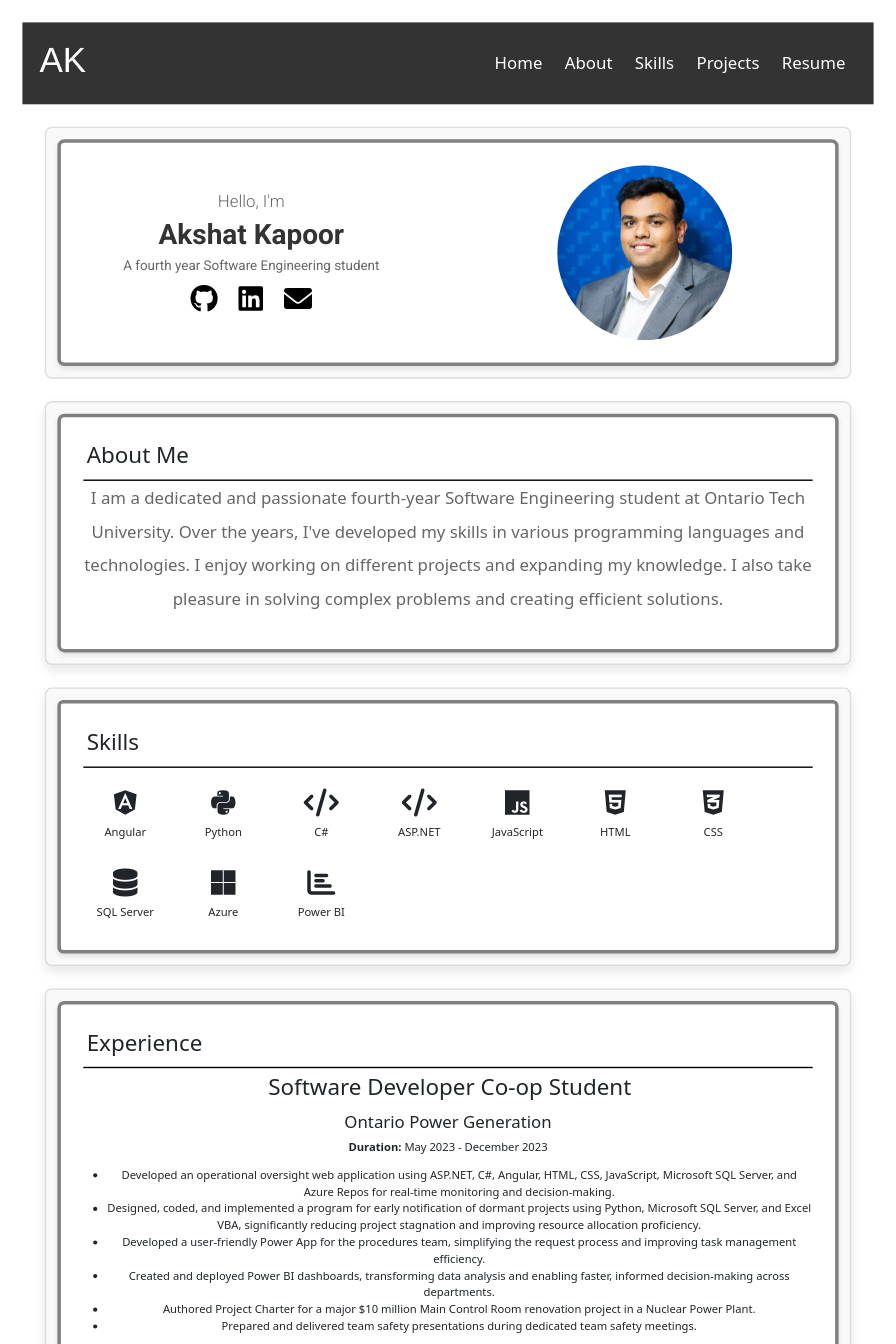
Repository: AkshatKapo/My-Portfolio
Page: /
These files come from the project's save history. The page is drawn as it stood at one moment and after a run of saves; the edit follows.
The browser window is 1280 px wide. The pictures show the part of the page from y = 0 to 1920 px (the page is 3289 px tall), at 70% of full size.
The project was rebuilt for these pictures with package versions that can differ from the ones it lists, and the page was loaded fresh each time. Also part of the build but not shown: vite.config.js.

Above is the page before, as saved 2024-06-19 08:58:29.

After the next 2 saves:
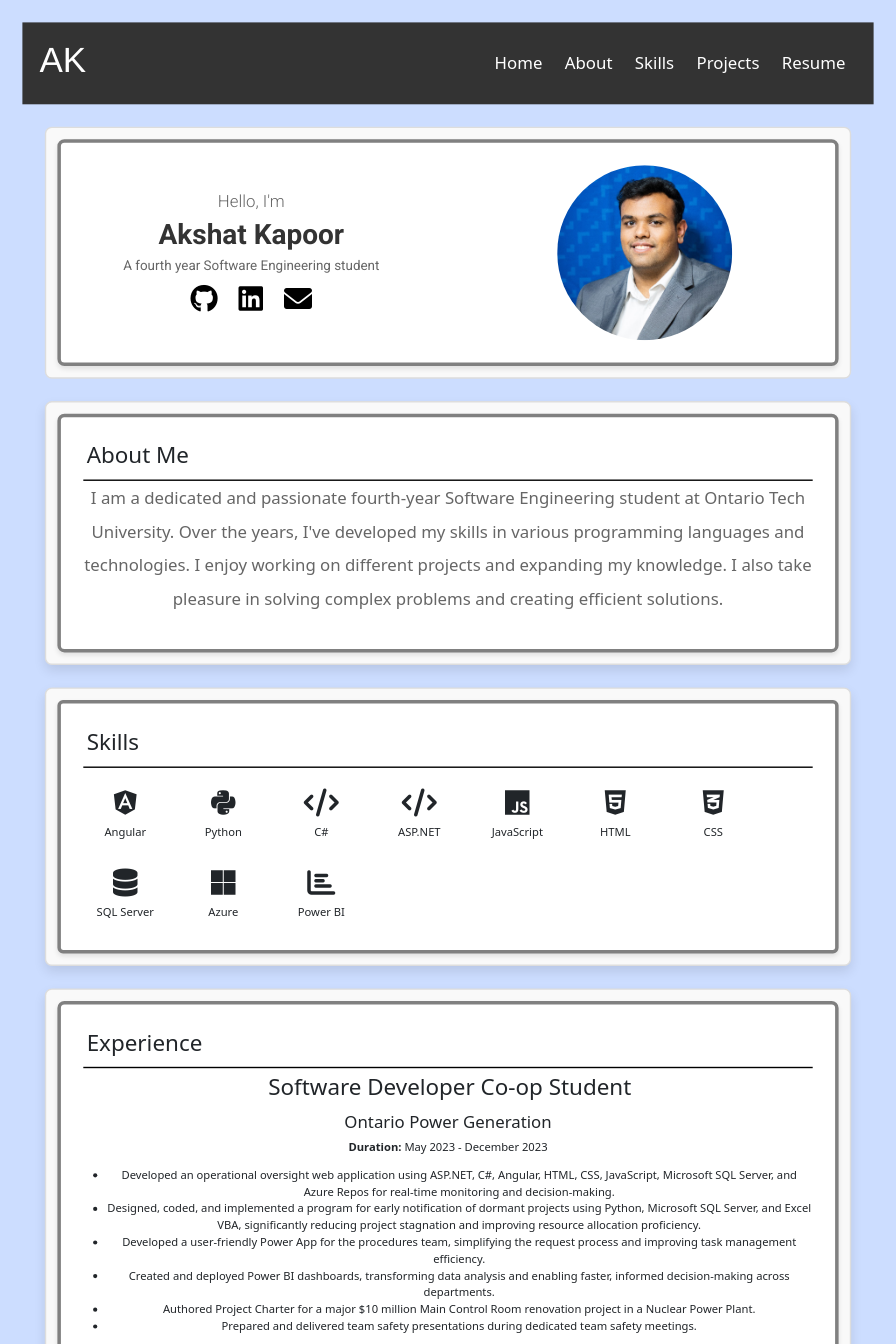
The 2 saves are shown as one change because they came seconds apart.
The last was saved 6 s later.
--- a/src/index.css
+++ b/src/index.css
@@ -11,5 +11,5 @@
     display: flex;
     flex-direction: column;
     min-height: 100vh;
-    background-color: ;
+    background-color: #ccddff;
   }

After the save that followed:
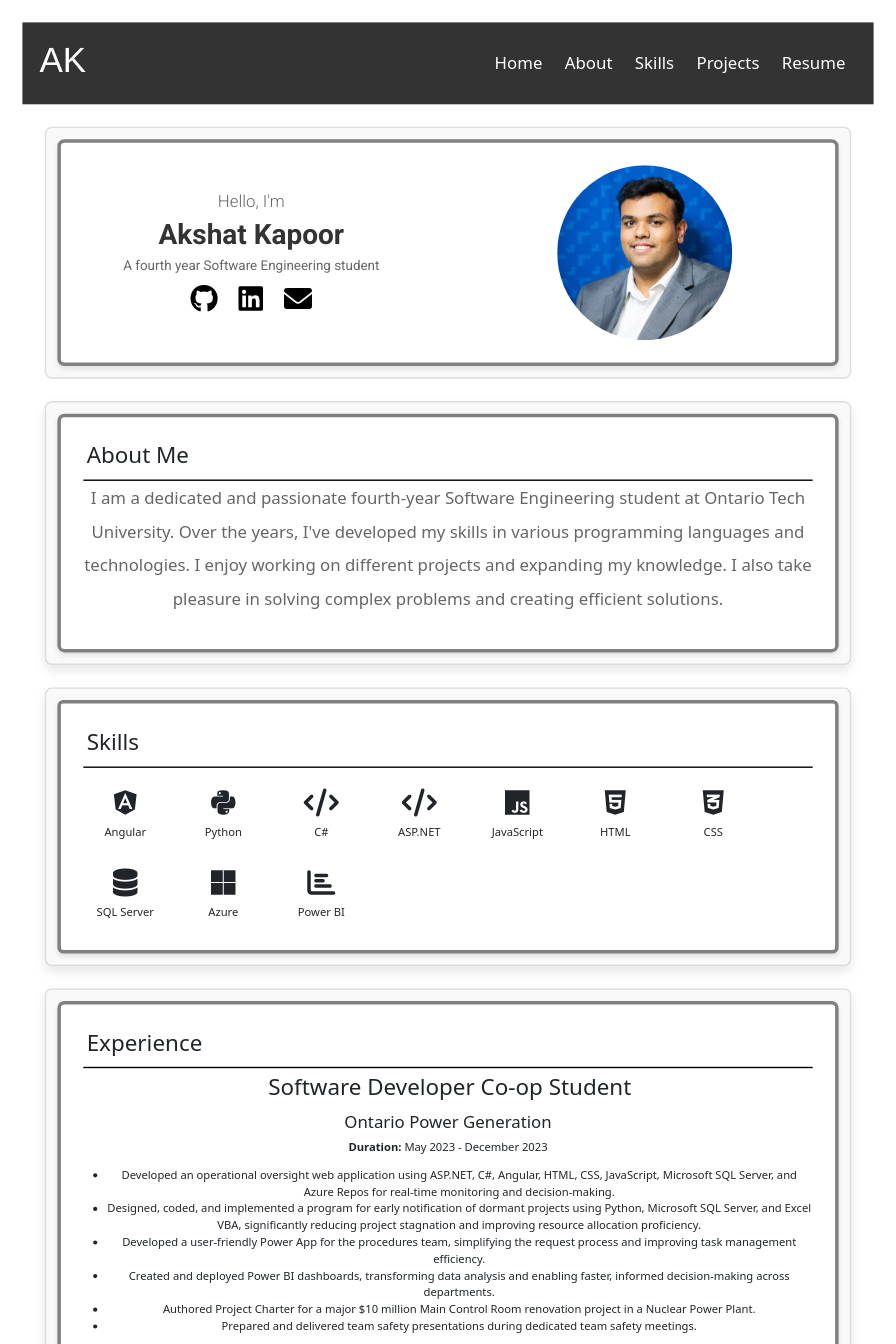
Saved 15 s later.
--- a/src/index.css
+++ b/src/index.css
@@ -5,11 +5,3 @@
     margin: 0;
     padding: 0;
   }
-
-
-  #root {
-    display: flex;
-    flex-direction: column;
-    min-height: 100vh;
-    background-color: #ccddff;
-  }
